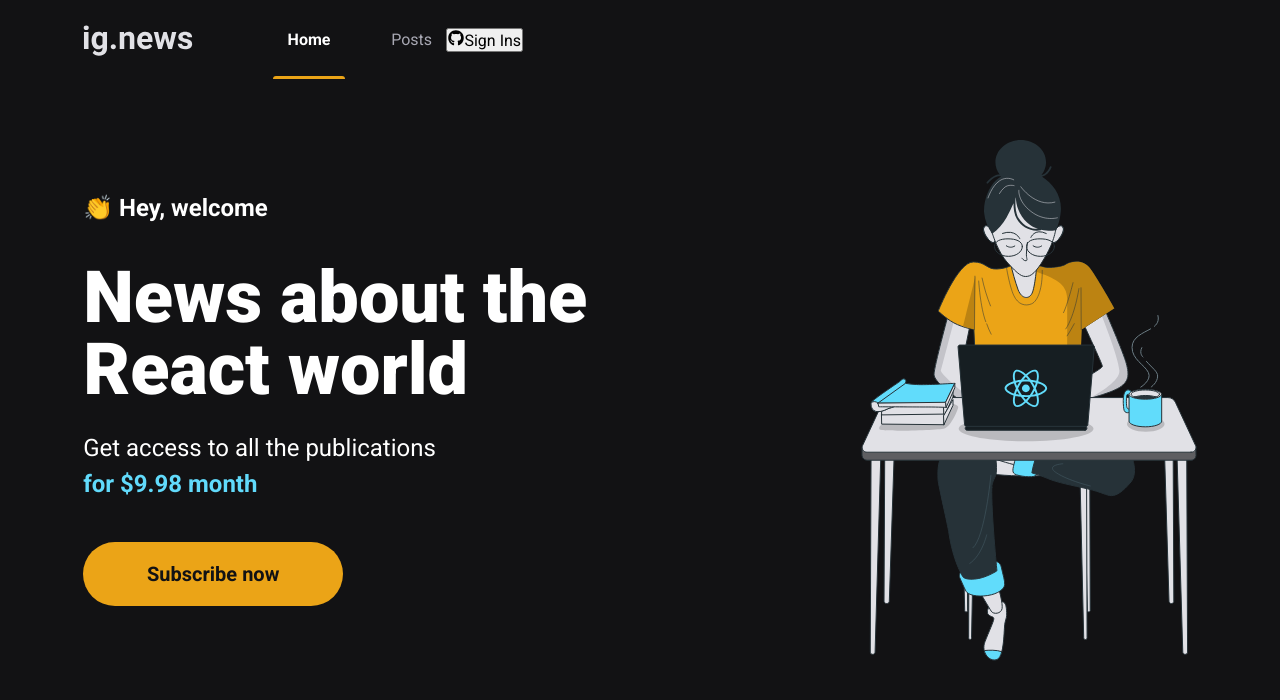
Repository: soualexandre/ignews
Page: /
These files come from the project's save history. The page is drawn as it stood at one moment and after the next save; the edit follows.
The browser window is 1280 px wide. The pictures show the whole page.
The page's requests for data from a server got no answer. The project was rebuilt for these pictures with package versions that can differ from the ones it lists, and the page was loaded fresh each time. The framework's server and built-in components were replaced by stand-ins that run in the browser. No one was signed in, and anything a server would have sent is missing.

Above is the page before, as saved 2021-07-23 09:49:36.

After the next save:
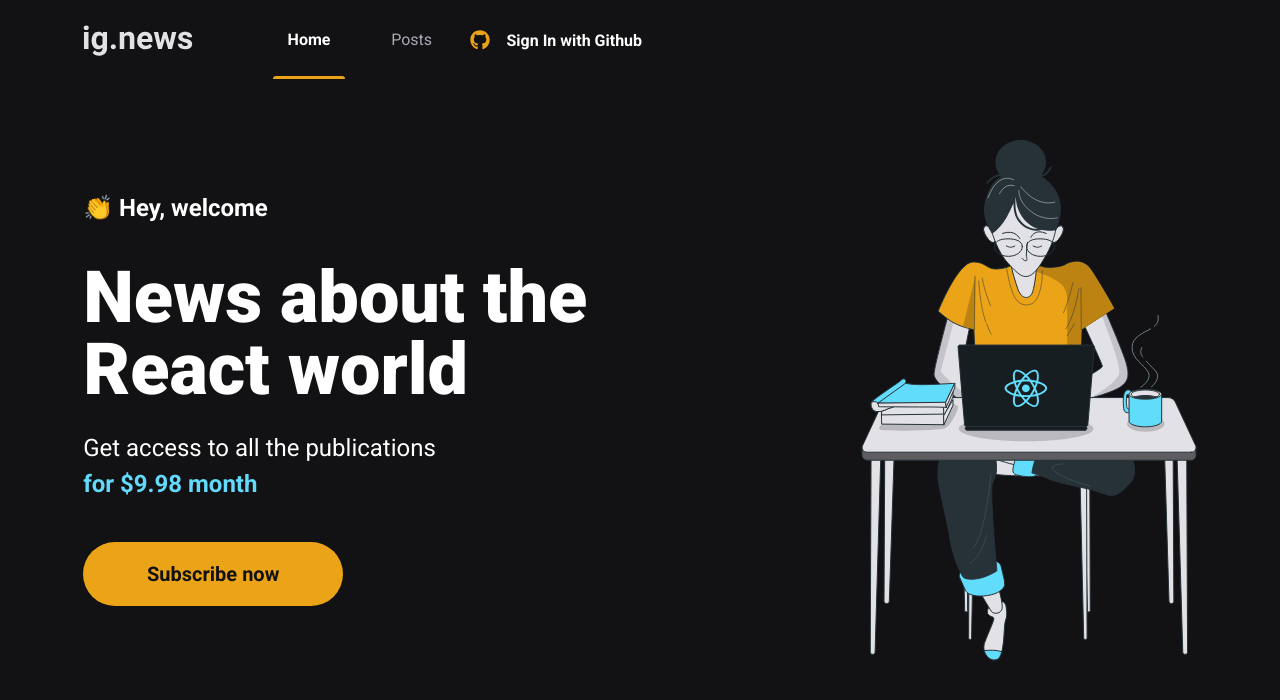
Saved 74 s later.
--- a/src/components/SignInButton/index.tsx
+++ b/src/components/SignInButton/index.tsx
@@ -1,9 +1,27 @@
 import { FaGithub } from 'react-icons/fa'
+import styles from './styles.module.scss'
+import {FiX} from 'react-icons/fi';
+import {signIn, useSession} from 'next-auth/client'
 export function SignInButton(){
-    return(
-        <button>
-            <FaGithub/>
-            Sign Ins
+    const [session] = useSession();
+    console.log(session)
+    return session ? (
+        <button
+        type="button"
+        className={styles.signInButton}
+        >
+            <FaGithub color="#04d361"/>
+            Alexandre Souza
+            <FiX color="#737388" className={styles.closeIcon} />
         </button>
-    );
+          ) : (
+            <button
+            type="button"
+            className={styles.signInButton}
+            onClick={ () => signIn('github')}
+            >
+                <FaGithub color="#eba417"/>
+                Sign In with Github
+            </button>
+        );
 }
